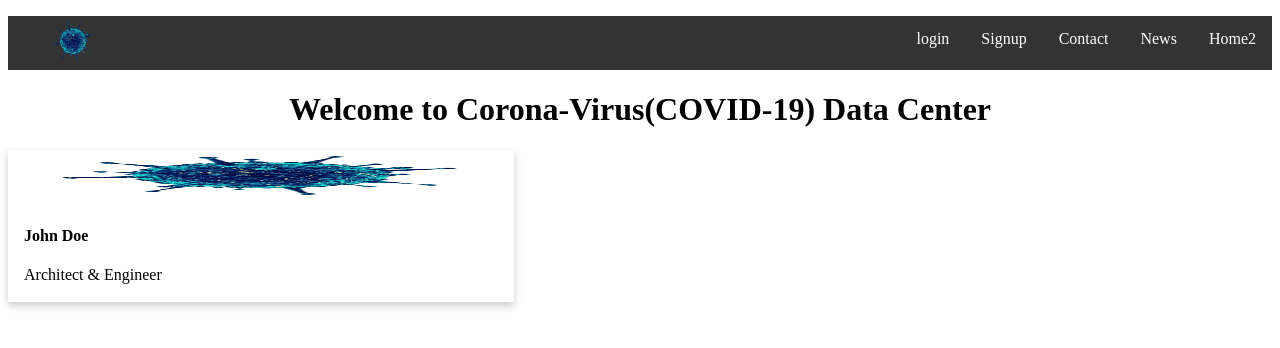
Repository: xthashankar/COVID-19-data-
Page: news.html
An editor plug-in stored every save of this project. The page is shown before and after the next save, followed by the edit.
The browser window is 1280 px wide. The pictures show the whole page.
The page's requests for data from a server got no answer.

Above is the page before, as saved 2020-04-10 16:27:29.

After the next save:
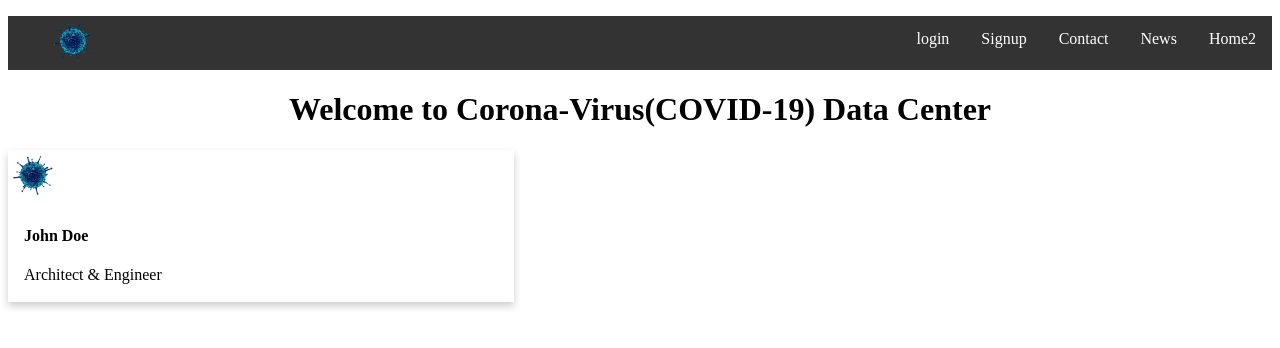
Saved 64 s later.
--- a/news.html
+++ b/news.html
@@ -20,7 +20,7 @@
     <h1>Welcome to Corona-Virus(COVID-19) Data Center</h1>
 
     <div class="card">
-        <img src="image/coronavirus.png" alt="Avatar" style="width:100%">
+        <img src="image/coronavirus.png" alt="Avatar" >
         <div class="container">
           <h4><b>John Doe</b></h4>
           <p>Architect & Engineer</p>
